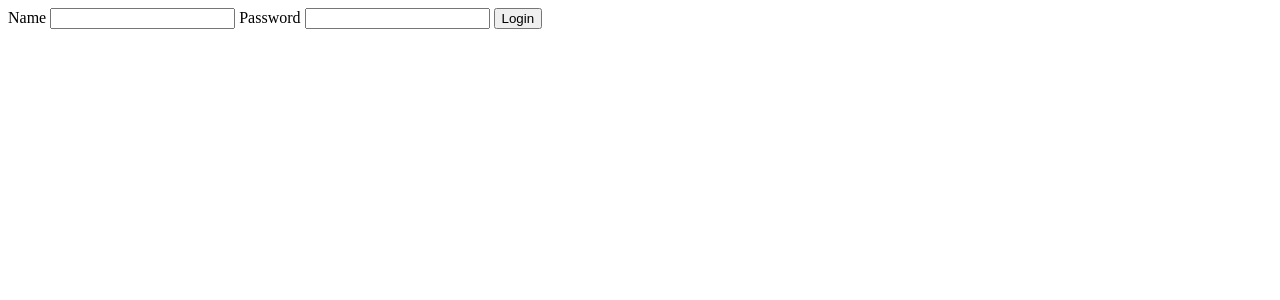
Repository: ghanshyam-jaiswal/Java-Notes
Page: http://localhost/Student_app/login.jsp
An editor plug-in stored every save of this project. The page is shown before and after the next save, followed by the edit.
The browser window is 1280 px wide. The pictures show the whole page.
The page is served by Tomcat 9. Nobody is signed in. The application's start-up code is not run. Other server files are loaded and not shown.

Above is the page before, as saved 2024-04-23 02:45:10.

### JEE/Spring_MVC/Student_app/src/main/webapp/login.jsp
<%@ page language="java" contentType="text/html; charset=UTF-8"
    pageEncoding="UTF-8"%>
<!DOCTYPE html>
<html>
<head>
<meta charset="UTF-8">
<title>Insert title here</title>
</head>
<body>
	<form action="">
		Name <input type="text">
		Password <input type="number">
		<input type="submit" value="Login">
	</form>
</body>
</html>

After the next save:
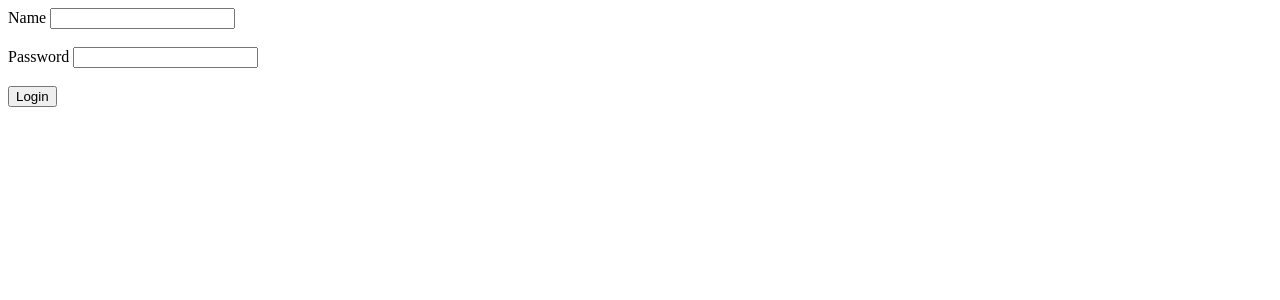
Saved 53 s later.
--- a/JEE/Spring_MVC/Student_app/src/main/webapp/login.jsp
+++ b/JEE/Spring_MVC/Student_app/src/main/webapp/login.jsp
@@ -8,8 +8,8 @@
 </head>
 <body>
 	<form action="">
-		Name <input type="text">
-		Password <input type="number">
+		Name <input type="text"><br><br>
+		Password <input type="number"><br><br>
 		<input type="submit" value="Login">
 	</form>
 </body>
